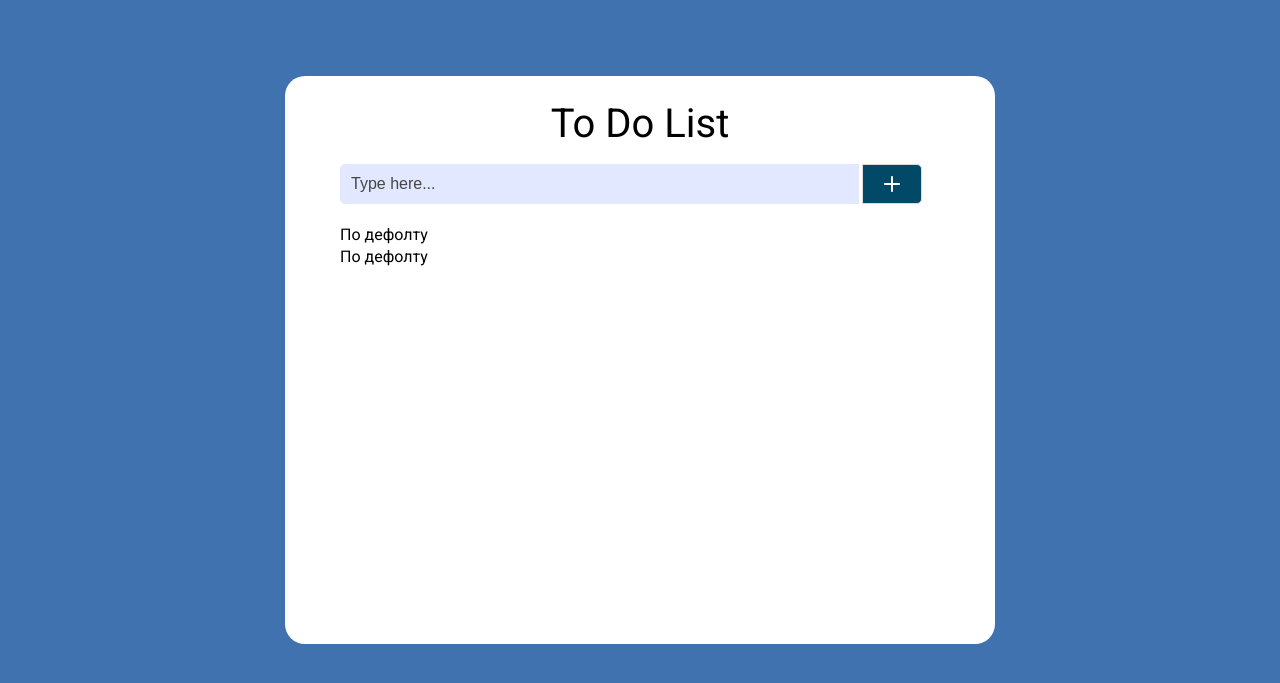
Repository: Azimich/react_ts_todo_vite_zustand
Page: /
The author's editor kept a copy of each file at every save. The page is drawn from the files as they stood at one save, then again after the next save.
The browser window is 1280 px wide. The pictures show the whole page.
The project was rebuilt for these pictures with package versions that can differ from the ones it lists, and the page was loaded fresh each time. Also part of the build but not shown: vite.config.ts.

Above is the page before, as saved 2023-03-29 00:57:25.

After the next save:
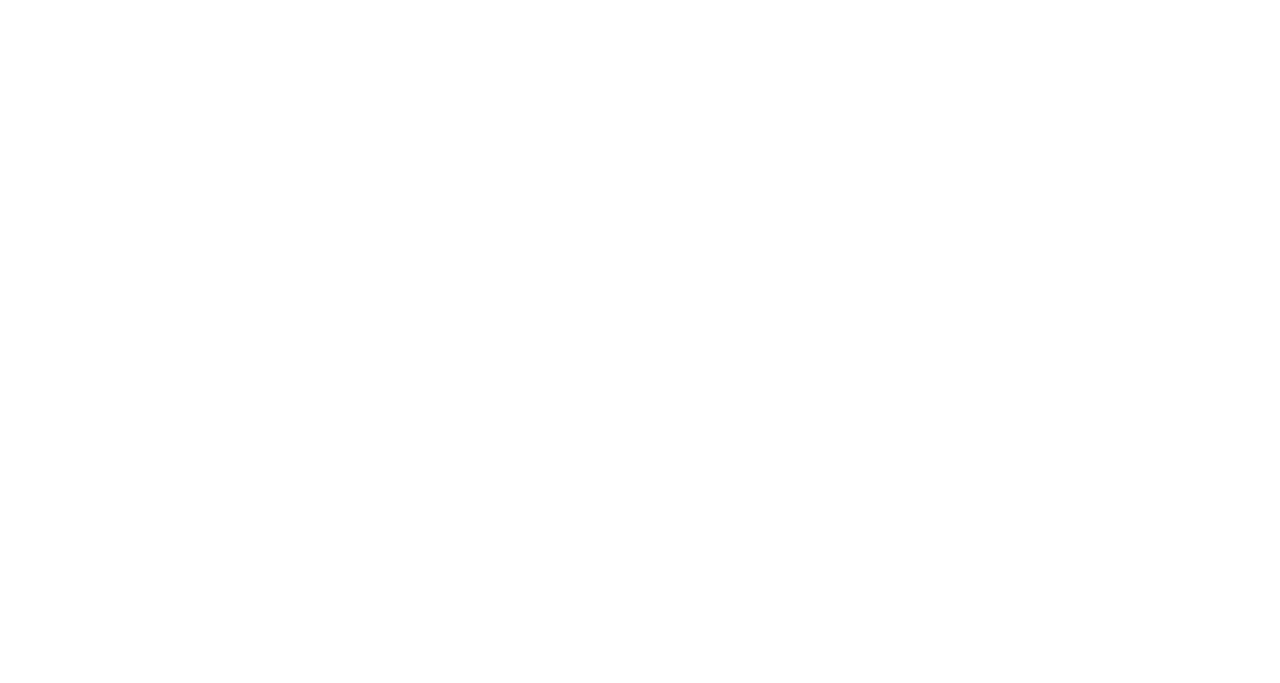
Console error: ReferenceError: wefwww is not defined
Saved 4 s later.
--- a/src/data/stores/useToDoStore.ts
+++ b/src/data/stores/useToDoStore.ts
@@ -24,7 +24,7 @@
     {
       id: 'wfwefw',
       title: 'По дефолту',
-      createdAt: 12165
+      createdAt: wefwww
     },
   ],
 

After the save that followed:
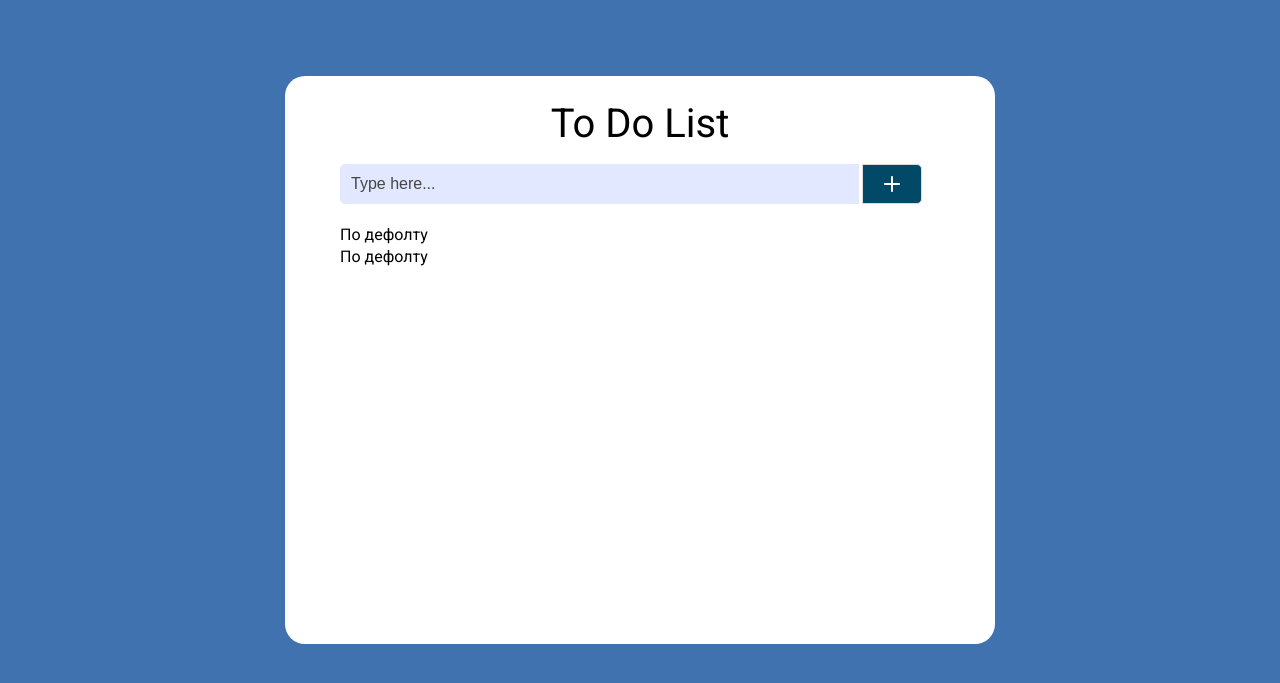
The error is gone.
Saved 4 s later.
--- a/src/data/stores/useToDoStore.ts
+++ b/src/data/stores/useToDoStore.ts
@@ -24,7 +24,7 @@
     {
       id: 'wfwefw',
       title: 'По дефолту',
-      createdAt: wefwww
+      createdAt: 34654
     },
   ],
 
